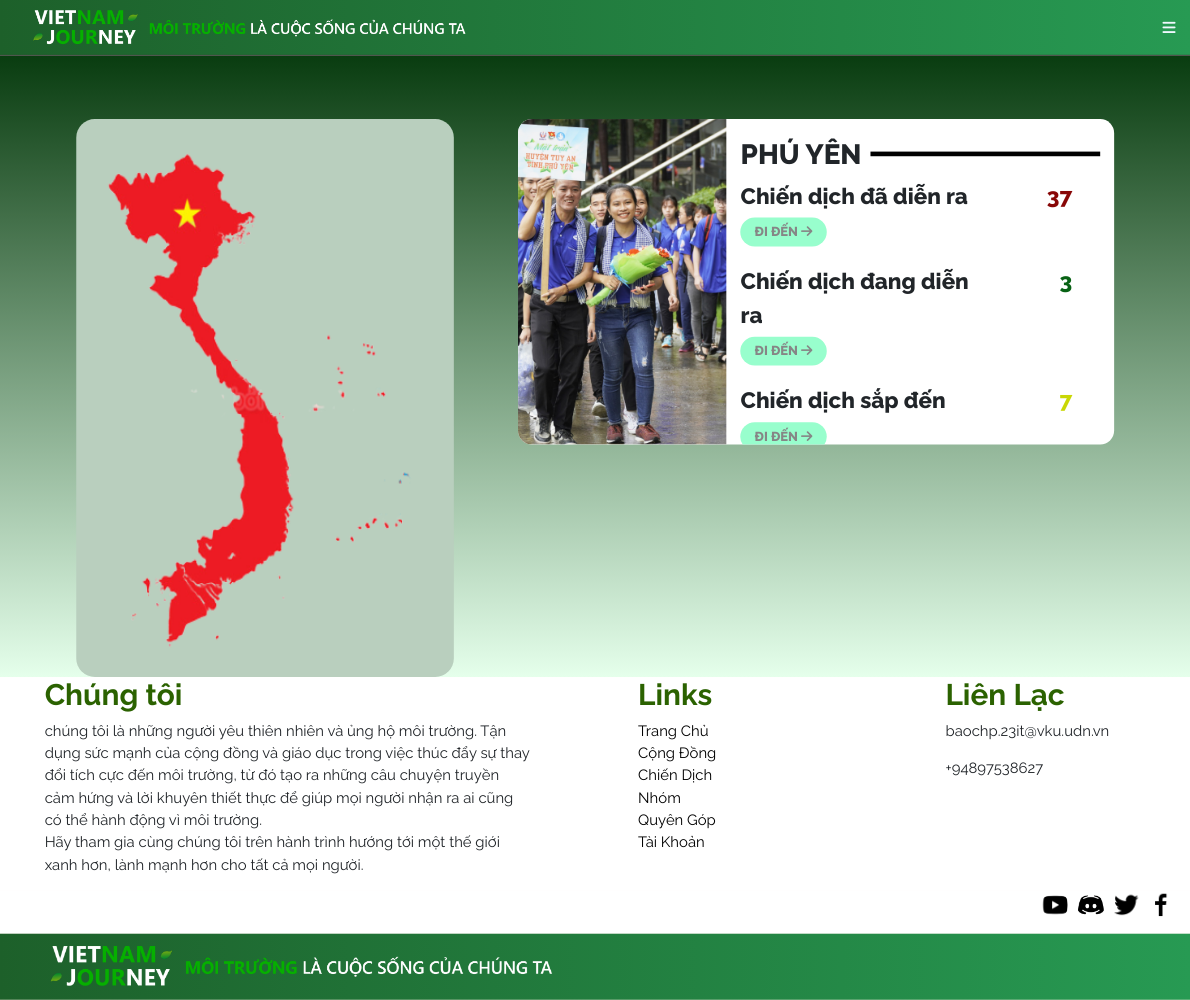
Repository: Boima12/Boima12.github.io_VietnamJourney
Page: HTML/ChienDich/ChienDich.html
An editor plug-in stored every save of this project. The page is shown before and after the next save, followed by the edit.
The browser window is 1280 px wide. The pictures show the whole page, at 93% of full size.

Above is the page before, as saved 2024-05-25 08:09:28.

After the next save:
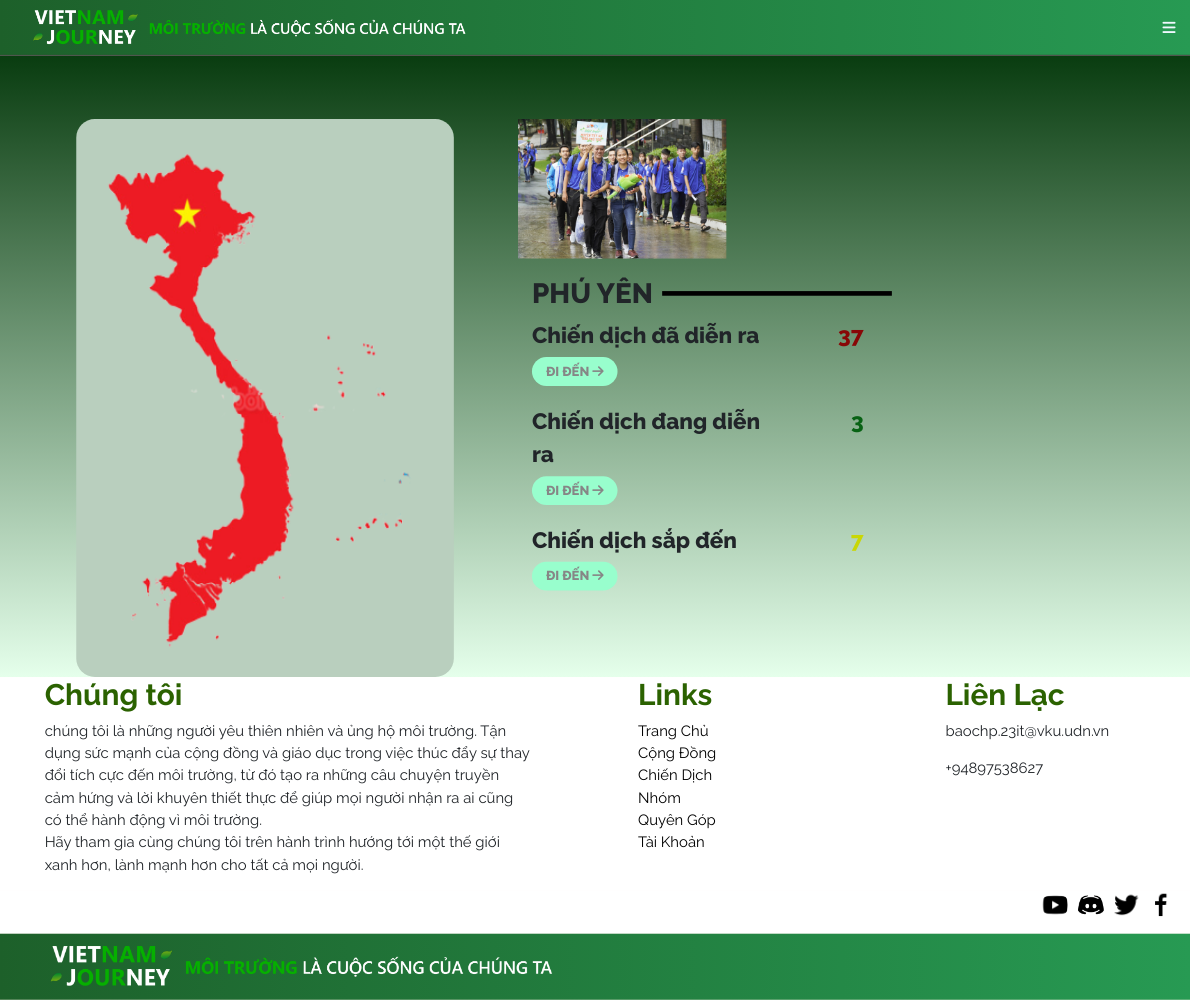
Saved 10 s later.
--- a/HTML/ChienDich/ChienDich.css
+++ b/HTML/ChienDich/ChienDich.css
@@ -204,7 +204,7 @@
     height: 600pxx;
 }
 
-
+.right .
 
 .right .content {
     display: flex;

After the save that followed:
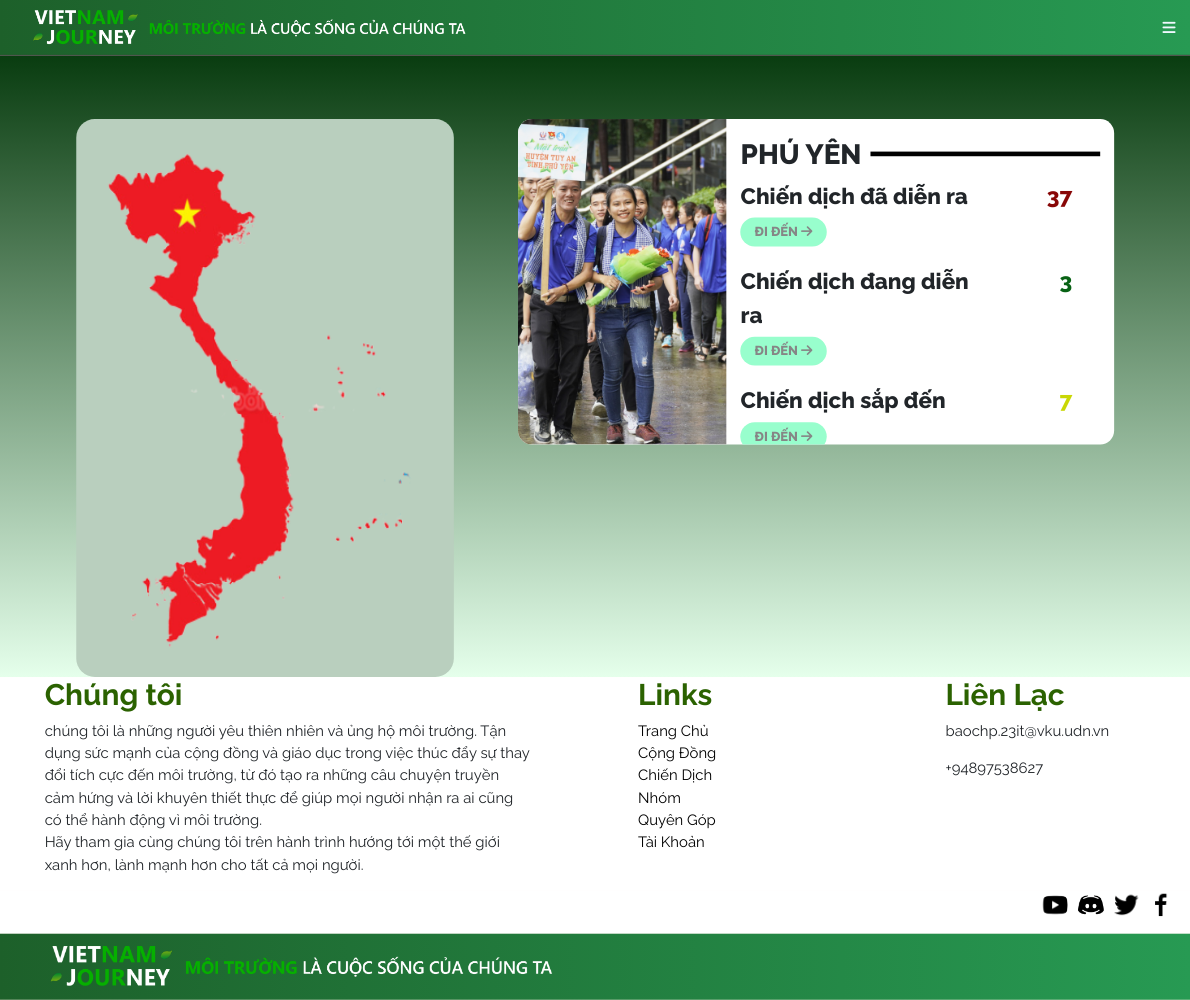
Saved 9 s later.
--- a/HTML/ChienDich/ChienDich.css
+++ b/HTML/ChienDich/ChienDich.css
@@ -204,7 +204,9 @@
     height: 600pxx;
 }
 
-.right .
+.right .search {
+
+}
 
 .right .content {
     display: flex;
